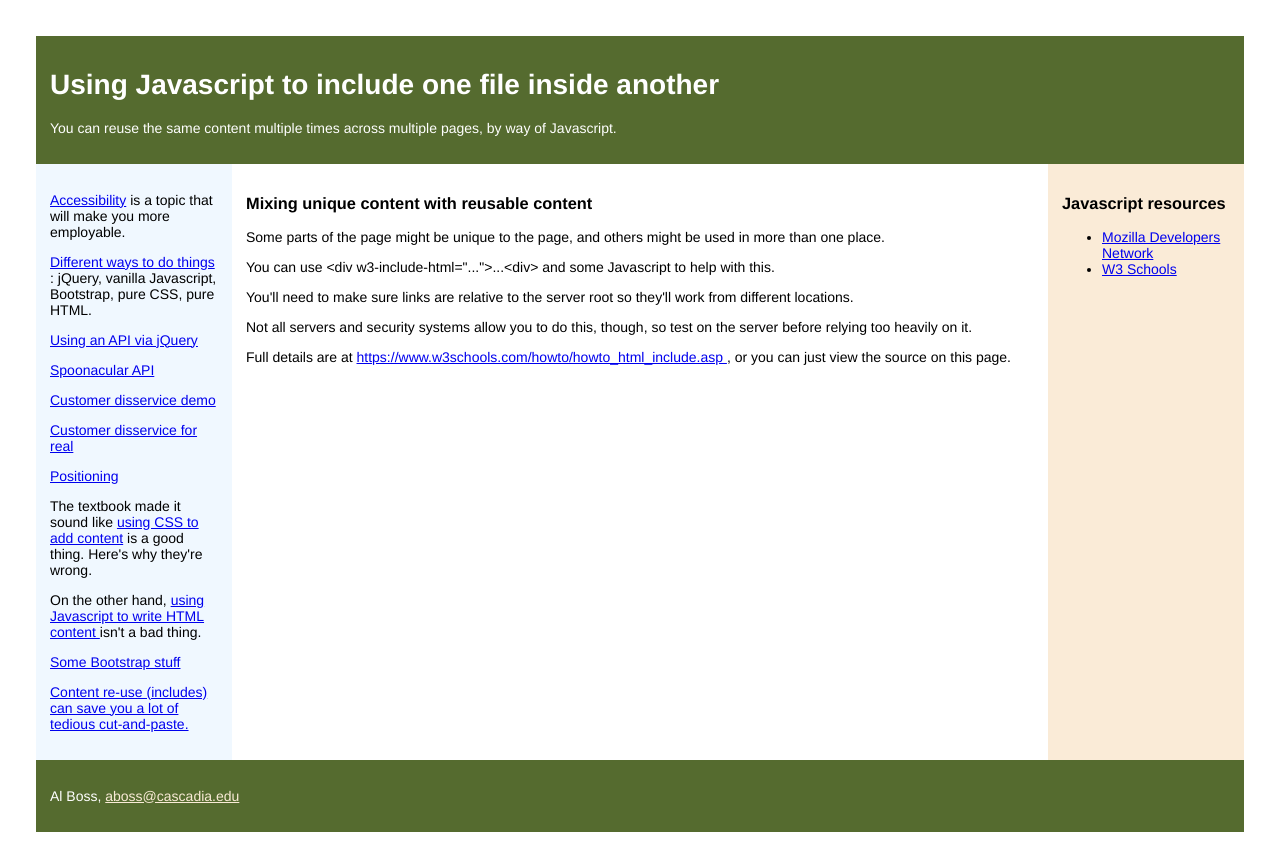
Repository: alboss/bit-175
Page: docs/includes-index.html
An editor plug-in stored every save of this project. The page is shown before and after the next save, followed by the edit.
The browser window is 1280 px wide. The pictures show the whole page.

Above is the page before, as saved 2023-05-10 17:15:01.

After the next save:
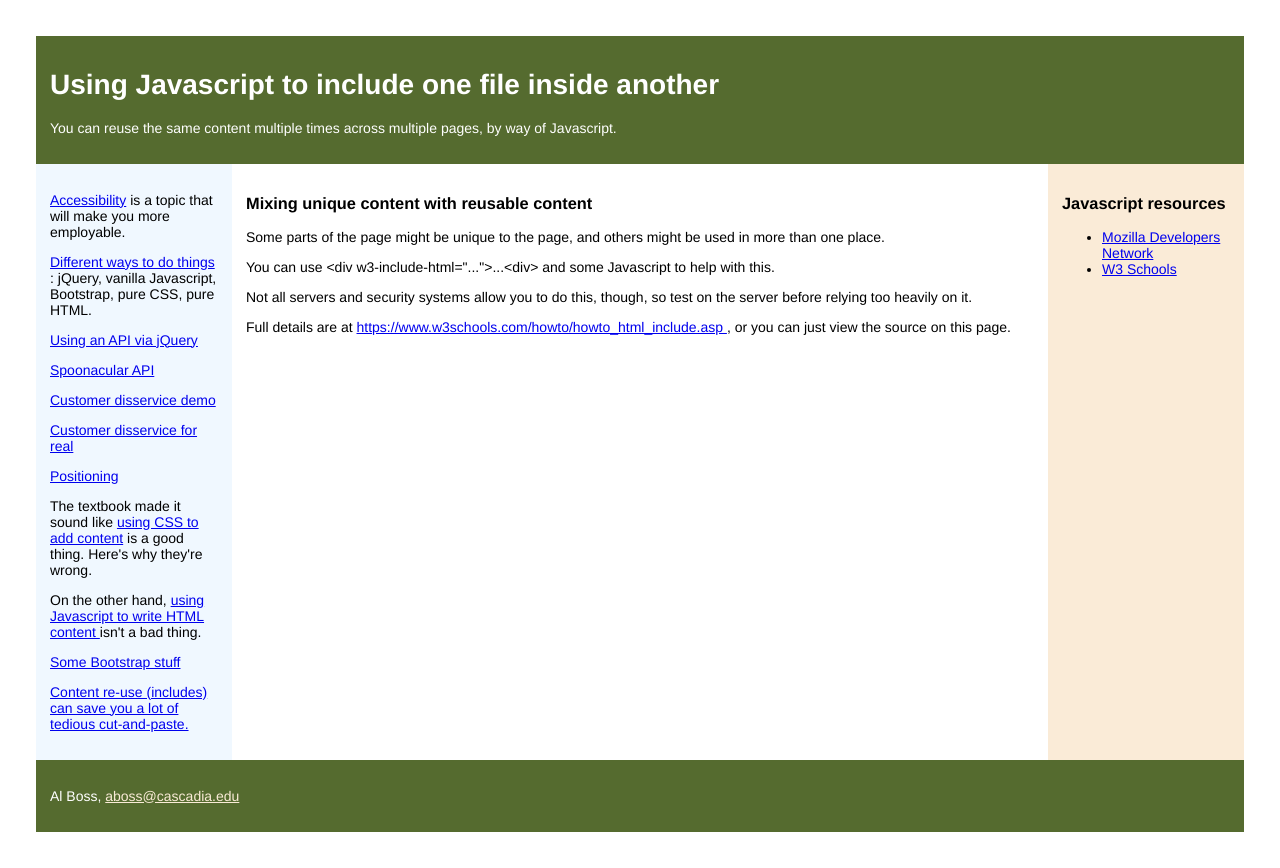
Saved 4 min 39 s later.
--- a/docs/includes-index.html
+++ b/docs/includes-index.html
@@ -69,10 +69,7 @@
           You can use &lt;div w3-include-html="..."&gt;...&lt;div&gt; and some
           Javascript to help with this.
         </p>
-        <p>
-          You'll need to make sure links are relative to the server root so
-          they'll work from different locations.
-        </p>
+
         <p>
           Not all servers and security systems allow you to do this, though, so
           test on the server before relying too heavily on it.
